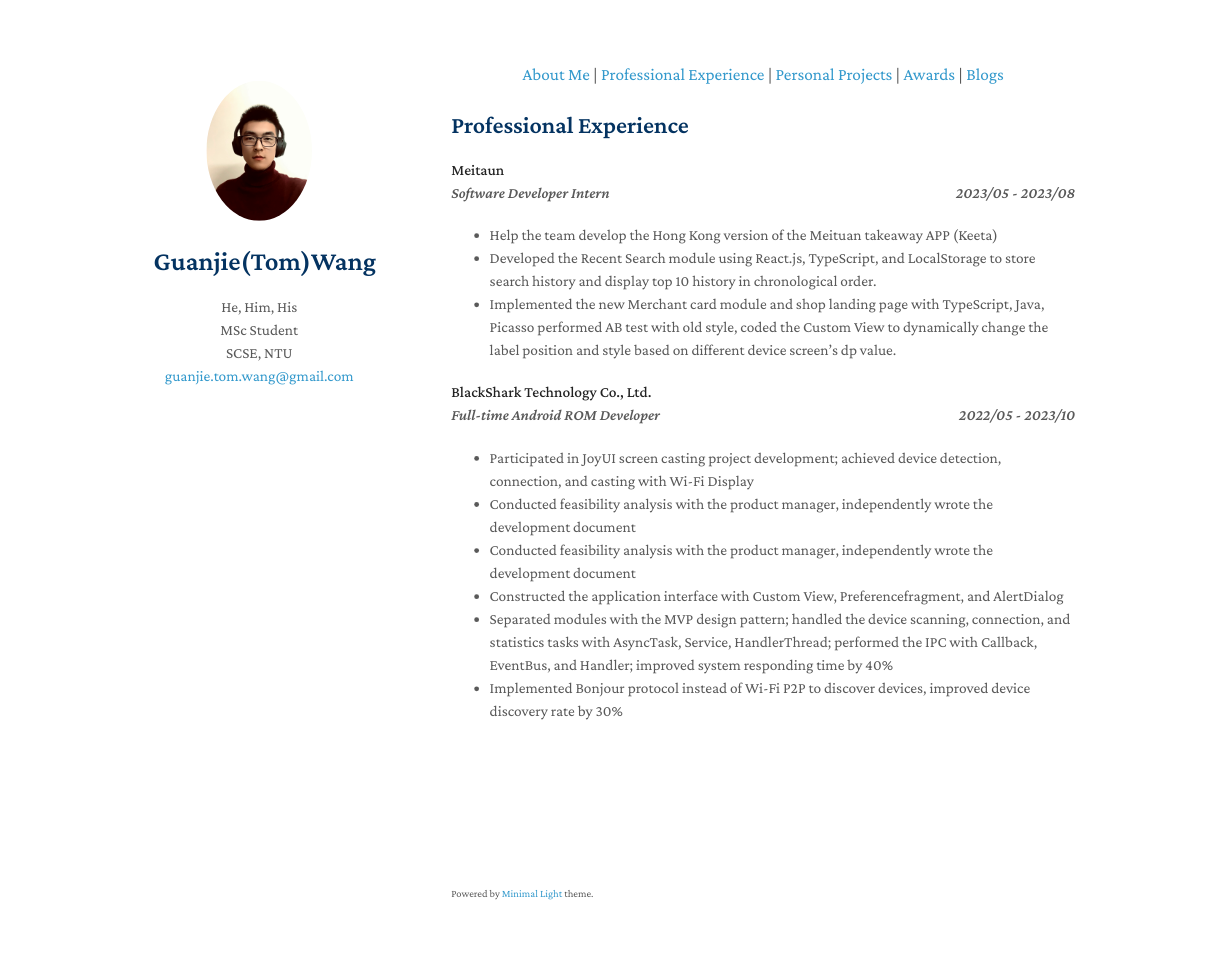
Repository: guanjie01/aboutme
Page: html/professional.html
An editor plug-in stored every save of this project. The page is shown before and after the next save, followed by the edit.
The browser window is 1280 px wide. The pictures show the whole page, at 96% of full size.

Above is the page before, as saved 2023-07-31 23:47:24.

### html/professional.html
<!DOCTYPE html>
<html lang="en" class="">

<head>
  <meta http-equiv="Content-Type" content="text/html; charset=UTF-8" />
  <title>Guanjie Wang</title>
  <link rel="shortcut icon" href="../assert/Icon.ico" />
  <meta http-equiv="X-UA-Compatible" content="IE=edge" />
  <meta name="viewport" content="width=device-width, initial-scale=1" />
  <meta name="description"
    content="The Minimal Light is a simple and elegant jekyll theme for academic personal homepage." />

  <meta name="keywords" content="minimal academic" />

  <link rel="stylesheet" href="../css/academicons.min.css" />

  <link rel="stylesheet" href="../css/all.min.css" />

  <link rel="stylesheet" href="../css/style.css" />
  <link type="text/css" rel="stylesheet" charset="UTF-8" href="../css/translateelement.css" />
</head>
<script src="../js/Professional.js"></script>

<body data-new-gr-c-s-check-loaded="14.1087.0" data-gr-ext-installed="">
  <div id="app">
    <div class="spinner">
      <div class="rect1"></div>
      <div class="rect2"></div>
      <div class="rect3"></div>
      <div class="rect4"></div>
      <div class="rect5"></div>
    </div>
    <p style="text-align: center; font-size: 28px">Loading, please wait...</p>
  </div>
  <div class="wrapper">
    <header id="hd">
      <a class="image avatar"><img src="../assert/Photo.jpg" alt="avatar" oncontextmenu="return false" /></a>

      <h1>Guanjie(Tom)Wang</h1>
      He, Him, His
      <br />
      MSc Student
      <br />

      SCSE, NTU

      <br />
      <a href="mailto: guanjie.tom.wang@gmail.com">guanjie.tom.wang@gmail.com</a>
    </header>
    <section id="main">
      <nav id="nav">
        <a href="https://o-guanjiewang-o.github.io/guanjiewang.com/index.html">About Me</a>
        |
        <a href="https://o-guanjiewang-o.github.io/guanjiewang.com/html/professional.html">Professional Experience</a>
        |
        <a href="https://o-guanjiewang-o.github.io/guanjiewang.com/html/project.html">Personal Projects</a>
        |
        <a href="https://o-guanjiewang-o.github.io/guanjiewang.com/html/awards.html">Awards</a>
        |
        <a href="https://o-guanjiewang-o.github.io/guanjiewang.com/html/blogs.html">Blogs</a>
      </nav>
      <br />
      <div id="work-experience">
        <h2>Professional Experience</h2>
        <div>
          <p>
            <strong style="float: left; margin-right: 10px;">Meitaun</strong>
          </p>
          <br />
          <p>
            <em style="float: left; font-size: medium;">Software Developer Intern</em>
            <em style="float: right; margin-left: 10px;font-size: medium;">2023/05 - 2023/08</em>
          </p>
          <br />
          <ul>
            <li>
              Help the team develop the Hong Kong version of the Meituan
              takeaway APP (Keeta)
            </li>
            <li>
              Developed the Recent Search module using React.js, TypeScript,
              and LocalStorage to store search history and display top 10
              history in chronological order.
            </li>
            <li>
              Implemented the new Merchant card module and shop landing page
              with TypeScript, Java, Picasso performed AB test with old style,
              coded the Custom View to dynamically change the label position
              and style based on different device screen’s dp value.
            </li>
          </ul>
        </div>
        <div>
          <p>
            <strong style="float: left; margin-right: 10px">BlackShark Technology Co., Ltd.</strong>
          </p>
          <br />
          <p>
            <em style="float: left">Full-time Android ROM Developer</em>
            <em style="float: right; margin-left: 10px">2022/05 - 2023/10</em>
          </p>
          <br />
          <ul>
            <li>
              Participated in JoyUI screen casting project development;
              achieved device detection, connection, and casting with Wi-Fi
              Display
            </li>
            <li>
              Conducted feasibility analysis with the product manager,
              independently wrote the development document
            </li>
            <li>
              Conducted feasibility analysis with the product manager,
              independently wrote the development document
            </li>
            <li>
              Constructed the application interface with Custom View,
              Preferencefragment, and AlertDialog
            </li>
            <li>
              Separated modules with the MVP design pattern; handled the
              device scanning, connection, and statistics tasks with
              AsyncTask, Service, HandlerThread; performed the IPC with
              Callback, EventBus, and Handler; improved system responding time
              by 40%
            </li>
            <li>
              Implemented Bonjour protocol instead of Wi-Fi P2P to discover
              devices, improved device discovery rate by 30%
            </li>
          </ul>
        </div>
      </div>

      <div id="reference">
        <br /><br /><br /><br /><br /><br />

        <p>
          <small>Powered by
            <a href="https://github.com/yaoyao-liu/minimal-light" target="_blank" rel="noopener">Minimal Light</a>
            theme.</small>
        </p>
      </div>
    </section>
  </div>
</body>

</html>

### css/style.css
@import url("https://fonts.googleapis.com/css2?family=Crimson+Pro:ital,wght@0,400;0,500;0,600;1,600&display=swap");
@import url("https://fonts.googleapis.com/css2?family=Ubuntu+Mono&display=swap");
body {
  background-color: #fff;
  padding: 0px;
  font: 16px/1.5 Crimson Pro, serif;
  color: #595959;
  font-weight: 400;
  margin: 0;
}
@keyframes fadeInAnimation {
  0% {
    opacity: 0; /*设置不透明度*/
  }
  100% {
    opacity: 1;
  }
}
.social-icons a {
  display: inline-block;
  height: 3rem;
  width: 3rem;
  background-color: #495057;
  color: #fff !important;
  border-radius: 100%;
  text-align: center;
  font-size: 1.5rem;
  line-height: 3.1rem;
  margin-right: 1rem;
}
.social-icons a:last-child {
  margin-right: 0;
}
.social-icons a:hover {
  background-color: #000000;
}
autocolor {
  color: #494949;
}
lightonly {
  visibility: visible;
}
darkonly {
  visibility: hidden;
}
education {
  font-weight: 500;
  font-size: 115%;
}
papertitle {
  font-weight: 600;
  font-size: 100%;
}
@media (prefers-color-scheme: dark) {
  body {
    background-color: #20212b;
    color: #dadbdf;
  }
  autocolor {
    color: #dadbdf;
  }
  lightonly {
    visibility: hidden;
  }
  darkonly {
    visibility: visible;
  }
  papertitle {
    color: #eeeff0;
  }
}
.image {
  border-radius: 0.35em;
  border: 0;
  display: inline-block;
  position: relative;
}
.image:before {
  -moz-transition: opacity 0.2s ease-in-out;
  -webkit-transition: opacity 0.2s ease-in-out;
  -ms-transition: opacity 0.2s ease-in-out;
  transition: opacity 0.2s ease-in-out;
  border-radius: 0.35em;
  content: "";
  display: block;
  height: 100%;
  left: 0;
  opacity: 0.5;
  position: absolute;
  top: 0;
  width: 100%;
}
.image.avatar {
  border-radius: 100%;
}
.image.avatar:before {
  display: none;
}
.image.avatar img {
  border-radius: 100%;
  width: 50%;
  padding: 20px;
}
#header .image.avatar {
  margin: 0 0 1em 0;
  width: 8em;
}
h1,
h3,
h4,
h5,
h6 {
  font-weight: 600;
  color: #043361;
  margin: 0 0 20px;
}
h2 {
  color: #043361;
  margin: 2px 0px 15px;
  font-size: 157%;
}
@media (prefers-color-scheme: dark) {
  h1,
  h3,
  h4,
  h5,
  h6 {
    color: #3eb7f0;
  }
  h2 {
    color: #3eb7f0;
  }
}
p,
ul,
ol,
table,
pre,
dl {
  margin: 0 0 20px;
}
h1,
h2,
h3 {
  line-height: 1.1;
}
h1 {
  font-size: 28px;
}
a {
  color: #39c;
  text-decoration: none;
}
a:hover {
  color: #069;
}
@media (prefers-color-scheme: dark) {
  a {
    color: #3eb7f0;
  }
}
a small {
  font-size: 11px;
  color: #777;
  margin-top: -0.3em;
  display: block;
}
a:hover small {
  color: #777;
}
.wrapper {
  width: 960px;
  margin: 0 auto;
}
blockquote {
  border-left: 1px solid #e5e5e5;
  margin: 0;
  padding: 0 0 0 20px;
  font-style: italic;
}
code,
pre {
  font-family: Monaco, Bitstream Vera Sans Mono, Lucida Console, Terminal,
    Consolas, Liberation Mono, DejaVu Sans Mono, Courier New, monospace;
  color: #333;
}
pre {
  max-width: 500px;
  padding: 8px 15px;
  background: #f8f8f8;
  border-radius: 5px;
  border: 1px solid #e5e5e5;
  overflow-x: auto;
}
table {
  width: 100%;
  border-collapse: collapse;
}
th,
td {
  text-align: left;
  padding: 5px 10px;
  border-bottom: 1px solid #e5e5e5;
}
dt {
  color: #444;
  font-weight: 500;
}
th {
  color: #444;
}
@media (prefers-color-scheme: dark) {
  th {
    color: #3eb7f0;
  }
  dt {
    color: #3eb7f0;
  }
}
img {
  max-width: 100%;
}
header {
  width: 220px;
  float: left;
  position: fixed;
  -webkit-font-smoothing: subpixel-antialiased;
  padding-top: 4em;
  text-align: center;
  animation: 1s fadeInAnimation;
  animation-iteration-count: 1;
  animation-fill-mode: forwards;
}
nav {
  text-align: center;
  font-size: large;
  animation: 1s fadeInAnimation;
  animation-iteration-count: 1;
  animation-fill-mode: forwards;
}
#about-me {
  animation: 1s fadeInAnimation;
  animation-iteration-count: 1;
  animation-fill-mode: forwards;
}
#work-experience {
  animation: 1s fadeInAnimation;
  animation-iteration-count: 1;
  animation-fill-mode: forwards;
}

#project {
  animation: 1s fadeInAnimation;
  animation-iteration-count: 1;
  animation-fill-mode: forwards;
}
#Awards {
  animation: 1s fadeInAnimation;
  animation-iteration-count: 1;
  animation-fill-mode: forwards;
}
#reference {
  animation: 1s fadeInAnimation;
  animation-iteration-count: 1;
  animation-fill-mode: forwards;
}
header ul {
  list-style: none;
  height: 40px;
  padding: 0;
  background: #f4f4f4;
  border-radius: 5px;
  border: 1px solid #e0e0e0;
  width: 270px;
}
header li {
  width: 89px;
  float: left;
  border-right: 1px solid #e0e0e0;
  height: 40px;
}
header li:first-child a {
  border-radius: 5px 0 0 5px;
}
header li:last-child a {
  border-radius: 0 5px 5px 0;
}
header ul a {
  line-height: 1;
  font-size: 11px;
  color: #999;
  display: block;
  text-align: center;
  padding-top: 6px;
  height: 34px;
}
header ul a:hover {
  color: #999;
}
header ul a:active {
  background-color: #f0f0f0;
}
strong {
  color: #222;
  font-weight: 500;
}
@media (prefers-color-scheme: dark) {
  strong {
    color: #eeeff0;
  }
}
header ul li + li + li {
  border-right: none;
  width: 89px;
}
header ul a strong {
  font-size: 14px;
  display: block;
  color: #222;
}
section {
  width: 650px;
  float: right;
  padding-top: 4em;
  padding-bottom: 50px;
}
small {
  font-size: 11px;
}
hr {
  border: 0;
  background: #e5e5e5;
  height: 1px;
  margin: 0 0 20px;
}
footer {
  width: 220px;
  float: left;
  position: fixed;
  bottom: 30px;
  -webkit-font-smoothing: subpixel-antialiased;
  text-align: center;
}
@media print, screen and (max-width: 960px) {
  div.wrapper {
    width: auto;
    margin: 0;
  }
  header,
  section,
  footer {
    float: none;
    position: static;
    width: auto;
  }
  header {
    padding-right: 320px;
  }
  section {
    border: 1px solid #e5e5e5;
    border-width: 1px 0;
    padding: 20px 0;
    margin: 0 0 20px;
  }
  header a small {
    display: inline;
  }
  header ul {
    position: absolute;
    right: 50px;
    top: 52px;
  }
  .image.avatar img {
    border-radius: 100%;
    width: 117px;
    padding: 20px;
  }
  #head1o2 {
    visibility: hidden;
  }
  #head2o2 {
    visibility: hidden;
  }
}
@media print, screen and (max-width: 960px) {
  body {
    word-wrap: break-word;
    padding: 15px;
  }
  header {
    padding: 0;
  }
  pre,
  code {
    word-wrap: normal;
  }
}
@media print, screen and (max-width: 480px) {
  body {
    padding: 15px;
  }
  header ul {
    width: 99%;
  }
  header li,
  header ul li + li + li {
    width: 33%;
  }
  .image.avatar img {
    border-radius: 100%;
    width: 95px;
    padding: 20px;
  }
  #head1o2 {
    visibility: hidden;
  }
  #head2o2 {
    visibility: hidden;
  }
}
@media print {
  body {
    padding: 0.4in;
    font-size: 12pt;
    color: #444;
  }
}
.biblink {
  text-decoration: none;
  display: inline;
  margin-right: 0px;
}
.fakelink {
  text-decoration: none;
  cursor: pointer;
}
.bibref {
  font-size: 70%;
  margin-top: 10px;
  margin-left: 0px;
  display: none;
  font-family: monospace;
}

.spinner {
  margin: 50px auto;
  width: 300px;
  height: 300px;
  text-align: center;
  font-size: 10px;
}

.spinner > div {
  background-color: #043361;
  height: 100%;
  width: 20px;
  display: inline-block;
  -webkit-animation: stretchDelay 1.2s infinite ease-in-out;
  animation: stretchDelay 1.2s infinite ease-in-out;
}

.spinner .rect2 {
  margin-left: 30px;
  -webkit-animation-delay: -1.1s;
  animation-delay: -1.1s;
}

.spinner .rect3 {
  margin-left: 30px;
  -webkit-animation-delay: -1s;
  animation-delay: -1s;
}

.spinner .rect4 {
  margin-left: 30px;
  -webkit-animation-delay: -0.9s;
  animation-delay: -0.9s;
}

.spinner .rect5 {
  margin-left: 30px;
  -webkit-animation-delay: -0.8s;
  animation-delay: -0.8s;
}

@-webkit-keyframes stretchDelay {
  0%,
  40%,
  100% {
    -webkit-transform: scaleY(0.4);
  }
  20% {
    -webkit-transform: scaleY(1);
  }
}

@keyframes stretchDelay {
  0%,
  40%,
  100% {
    transform: scaleY(0.4);
    -webkit-transform: scaleY(0.4);
  }
  20% {
    transform: scaleY(1);
    -webkit-transform: scaleY(1);
  }
}

Loaded but not shown: css/academicons.min.css (library); css/all.min.css (library); js/Professional.js (22 lines, source omitted); css/translateelement.css (924 lines, source omitted)

After the next save:
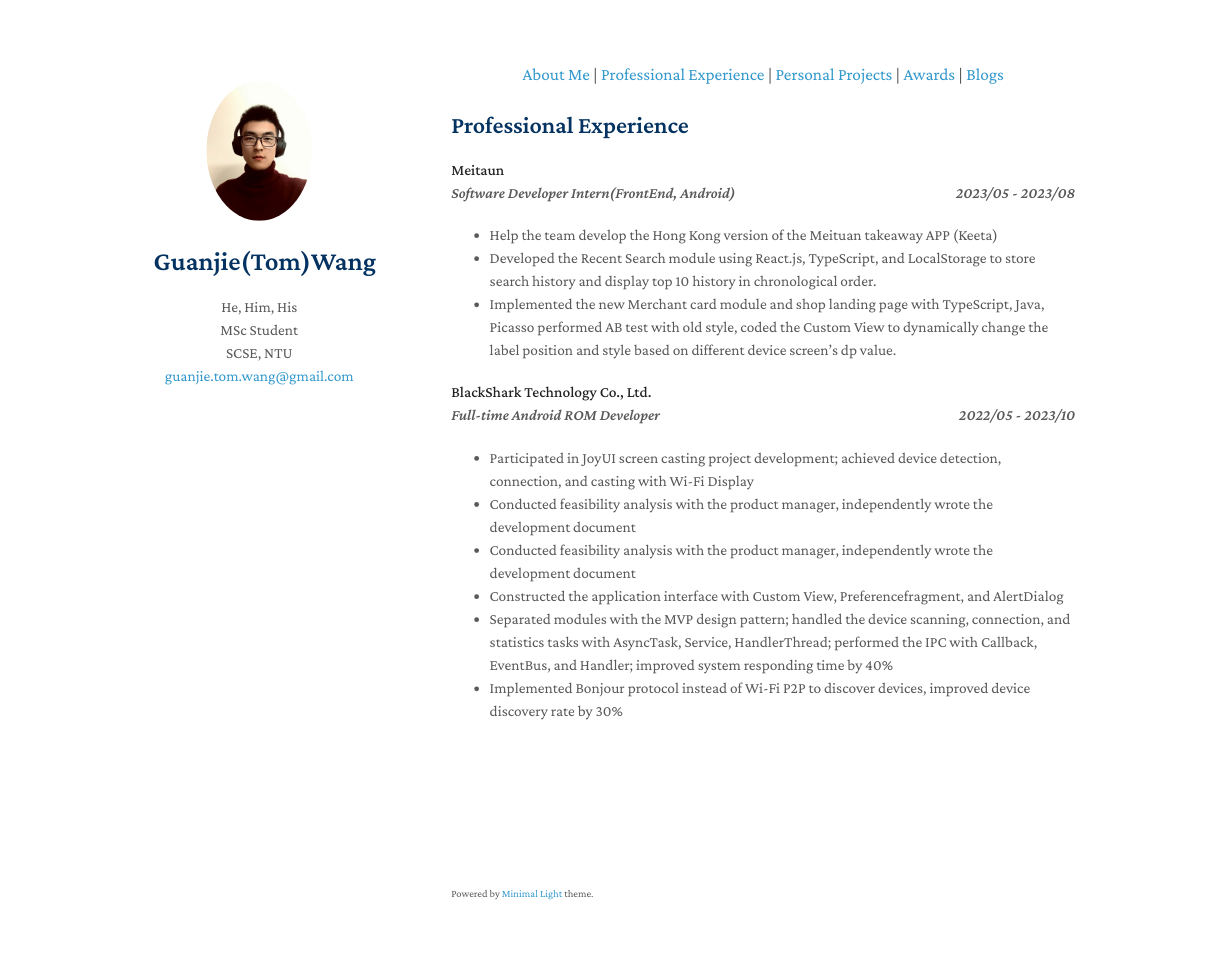
Saved 33 s later.
--- a/html/professional.html
+++ b/html/professional.html
@@ -68,7 +68,7 @@
           </p>
           <br />
           <p>
-            <em style="float: left; font-size: medium;">Software Developer Intern</em>
+            <em style="float: left; font-size: medium;">Software Developer Intern(FrontEnd, Android)</em>
             <em style="float: right; margin-left: 10px;font-size: medium;">2023/05 - 2023/08</em>
           </p>
           <br />
